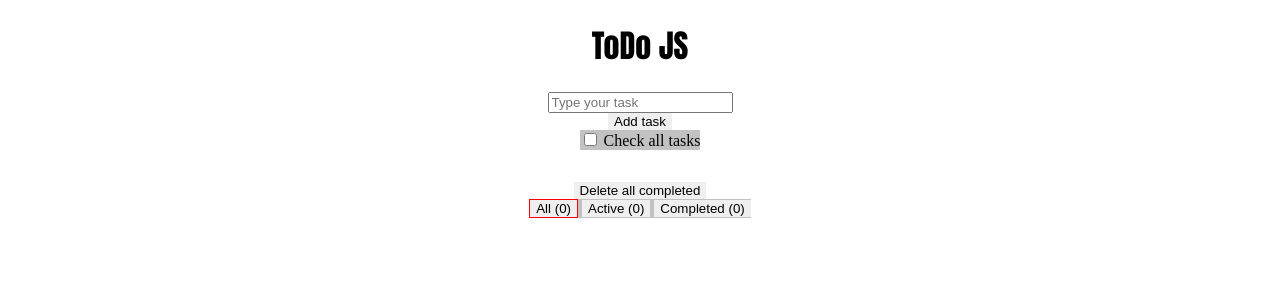
Repository: mklyagin/klyagin_todojs
Page: index.html
The author's editor kept a copy of each file at every save. The page is drawn from the files as they stood at one save, then again after the next save.
The browser window is 1280 px wide. The pictures show the whole page.

Above is the page before, as saved 2024-02-27 15:42:43.

### index.html
<!DOCTYPE html>
<html lang="en">
  <head>
    <meta charset="UTF-8">
    <meta name="viewport" content="width=device-width, initial-scale=1.0">
    <title>ToDo JS</title>
    <link rel="stylesheet" href="./style.css">
  </head>
  <body>
    <h1>ToDo JS</h1>
    <input id="enter-task-input" placeholder="Type your task">
    <button type="button" id="add-task-button">Add task</button>
    <div>
      <input type="checkbox" id="check-all-checkbox">
      <span>Check all tasks</span>
    </div>
    <ul id="task-list"></ul>
    <button type="button" id="delete-all-completed-button">
      Delete all completed
    </button>
    <div id="tabulation">
      <button id="show-all" class="active">All (0)</button>
      <button id="show-active">Active (0)</button>
      <button id="show-completed">Completed (0)</button>
    </div>
    <div id="pagination"></div>
    <script src="./script.js"></script>
  </body>
</html>

### style.css

body {
  display: flex;
  flex-direction: column;
  margin: auto;
  align-items: center;
  justify-content: center;
}

body > h1 {
  font-family: Impact, Haettenschweiler, 'Arial Narrow Bold', sans-serif;
}

button {
 border: none;
}

div {
  background: #c2c2c2;
}

.hidden-element {
  display: none;
}

.active {
  border: 1px solid red;
}



.page-number {
  border-radius: 100%;
}

### script.js
const buttonTaskAdd = document.querySelector('#add-task-button');
const inputTask = document.querySelector('#enter-task-input');
const ulTask = document.querySelector('#task-list');
const checkAllCheckbox = document.querySelector('#check-all-checkbox');
const deleteAllCompletedButton = document.querySelector('#delete-all-completed-button');
const tabulationDiv = document.querySelector('#tabulation');
const paginationDiv = document.querySelector('#pagination');

const ENTER_KEY = 'Enter';
const ESCAPE_KEY = 'Escape';
const QUANTITY_OF_TASKS = 5;

let taskList = [];
let taskListPages = [[]];
let filterType = 0;
let currentPage = 0;

const strValidation = (inputStr) => inputStr.replace(/[!@#$%^&*()'"`<>;:]/g, '');

const checkAllTaskStates = () => {
  checkAllCheckbox.checked = taskList.length
    ? (taskList.every((task) => task.isDone))
    : false;
};

const listToPages = (currentList) => {
  taskListPages = [[]];
  let index = 0;
  currentList.forEach((task) => {
    if (taskListPages[index].length === QUANTITY_OF_TASKS) {
      taskListPages.push([]);
      index += 1;
    }
    taskListPages[index].push(task);
  });
};

const taskFilter = (currentList) => {
  switch (filterType) {
    case (0):
      return currentList;
    case (1):
      currentList = currentList.filter((task) => !task.isDone);
      return currentList;
    case (2):
      currentList = currentList.filter((task) => task.isDone);
      return currentList;
    default:
      return undefined;
  }
};

const taskValidation = () => {
  taskList.forEach((task) => {
    task.title = task.title.trim();
  });
  taskList = taskList.filter((task) => task.title.length);
};
const taskFilterCounter = () => {
  const counter = {
    total: taskList.length,
    active: (taskList.filter((task) => !task.isDone)).length,
    completed: (taskList.filter((task) => task.isDone)).length,
  };

  return counter;
};

const taskRender = (isAdding) => {
  let listOfTasks = '';
  let prePaginationList = '';
  let currentList = [];
  taskValidation();
  currentList = taskFilter(taskList);
  listToPages(currentList);
  if (isAdding) {
    currentPage = taskListPages.length - 1;
  }
  taskListPages[currentPage].forEach((task) => {
    listOfTasks
    += `<li id=${task.id}>
    <input type="checkbox" class="check-task" ${task.isDone ? 'checked' : ''}>
    <span class="task-title">${task.title}</span>
    <input hidden class="edit-task" id=${task.id} value=${task.title} >
    <button type="button" class="delete-task">X</button>
    </li>`;
  });
  ulTask.innerHTML = listOfTasks;
  checkAllTaskStates();
  const tabNumbers = taskFilterCounter();
  for (let index = 0; index < 3; index += 1) {
    if (index === filterType) {
      tabulationDiv.children[index].classList.add('active');
    } else {
      tabulationDiv.children[index].classList.remove('active');
    }
  }
  tabulationDiv.children[0].innerHTML = `All (${tabNumbers.total})`;
  tabulationDiv.children[1].innerHTML = `Active (${tabNumbers.active})`;
  tabulationDiv.children[2].innerHTML = `Completed (${tabNumbers.completed})`;
  for (let i = 0; i < taskListPages.length; i += 1) {
    prePaginationList += `<button class="page-number ${(i === currentPage ? 'active' : '')}">${i + 1}</button>`;
  }
  paginationDiv.innerHTML = prePaginationList;
};

const setPage = (event) => {
  if (event.target.classList.contains('page-number')) {
    currentPage = event.target.innerHTML - 1;
  }
  taskRender();
};

const addTask = () => {
  const task = {
    id: Date.now(),
    title: strValidation(inputTask.value),
    isDone: false,
  };

  taskList.push(task);
  inputTask.value = '';
  taskRender(true);
};

const editVisibilityToggle = (target) => {
  target.hidden = !target.hidden;
  if (target.className === 'task-title') {
    target.nextElementSibling.hidden = !target.nextElementSibling.hidden;
    target.nextElementSibling.focus();
  } else {
    target.previousElementSibling.hidden = !target.previousElementSibling.hidden;
  }
};

const editMode = (event) => {
  if (event.target.className === 'edit-task') {
    if (event.key === ESCAPE_KEY) {
      taskRender();
    } else if (event.key === ENTER_KEY || (event.type === 'blur' && event.sourceCapabilities)) {
      event.target.value = event.target.value.trim();
      if (!event.target.value.length) {
        taskRender();
      } else {
        editVisibilityToggle(event.target.previousElementSibling);
        taskList.forEach((task) => {
          if (task.id === Number(event.target.id)) {
            task.title = strValidation(event.target.value);
          }
        });
        taskRender();
      }
    }
  }
};

const eventUlHandlerListener = (event) => {
  const eventTaskID = Number(event.target.parentNode.id);
  const elemClass = event.target.className;
  if (elemClass === 'check-task') {
    taskList.forEach((task) => {
      if (task.id === eventTaskID) {
        task.isDone = event.target.checked;
      }
      checkAllTaskStates();
    });
    taskRender();
  } else if (elemClass === 'delete-task' && event.type === 'click') {
    taskList = taskList.filter((task) => task.id !== eventTaskID);
    taskRender();
  } else if (elemClass === 'task-title' && event.detail === 2) {
    editVisibilityToggle(event.target);
  }
};

const inputTaskListener = (event) => {
  if (event.key === ENTER_KEY) {
    addTask();
    inputTask.blur();
  }
};

const deleteCompleted = () => {
  taskList = taskList.filter((task) => !task.isDone);
  taskRender();
};

const checkAll = () => {
  taskList.forEach((task) => {
    task.isDone = checkAllCheckbox.checked;
  });
  taskRender();
};

const paginationCounter = (totalNumber) => {
  switch (totalNumber) {
    case 0:
      return 0;
    case totalNumber < 0:
      return console.log('pagination counter returned num < 0');
    default:
      return (Math.ceil(totalNumber / 5) - 1);
  }
};

const tabulationListener = (event) => {
  const tabNumbers = taskFilterCounter();
  switch (event.target.id) {
    case ('show-all'):
      filterType = 0;
      currentPage = paginationCounter(tabNumbers.total);
      taskRender();
      break;
    case ('show-active'):
      filterType = 1;
      currentPage = paginationCounter(tabNumbers.active);
      taskRender();
      break;
    case ('show-completed'):
      filterType = 2;
      currentPage = paginationCounter(tabNumbers.completed);
      taskRender();
      break;
    default:
      break;
  }
};

ulTask.addEventListener('click', eventUlHandlerListener);
ulTask.addEventListener('blur', editMode, true);
ulTask.addEventListener('keydown', editMode);
buttonTaskAdd.addEventListener('click', addTask);
inputTask.addEventListener('keydown', inputTaskListener);
deleteAllCompletedButton.addEventListener('click', deleteCompleted);
checkAllCheckbox.addEventListener('click', checkAll);
tabulationDiv.addEventListener('click', tabulationListener);
paginationDiv.addEventListener('click', setPage);

After the next save:
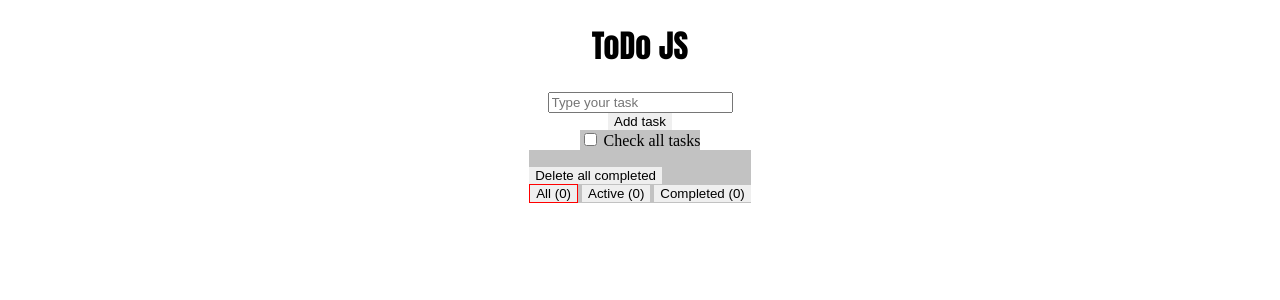
Saved 3 min 9 s later.
--- a/index.html
+++ b/index.html
@@ -10,18 +10,20 @@
     <h1>ToDo JS</h1>
     <input id="enter-task-input" placeholder="Type your task">
     <button type="button" id="add-task-button">Add task</button>
-    <div>
+    <div class ='check-all-task'>
       <input type="checkbox" id="check-all-checkbox">
       <span>Check all tasks</span>
     </div>
-    <ul id="task-list"></ul>
-    <button type="button" id="delete-all-completed-button">
-      Delete all completed
-    </button>
-    <div id="tabulation">
-      <button id="show-all" class="active">All (0)</button>
-      <button id="show-active">Active (0)</button>
-      <button id="show-completed">Completed (0)</button>
+    <div class="task-functions">
+      <ul id="task-list"></ul>
+      <button type="button" id="delete-all-completed-button">
+        Delete all completed
+      </button>
+      <div id="tabulation">
+        <button id="show-all" class="active">All (0)</button>
+        <button id="show-active">Active (0)</button>
+        <button id="show-completed">Completed (0)</button>
+      </div>
     </div>
     <div id="pagination"></div>
     <script src="./script.js"></script>
